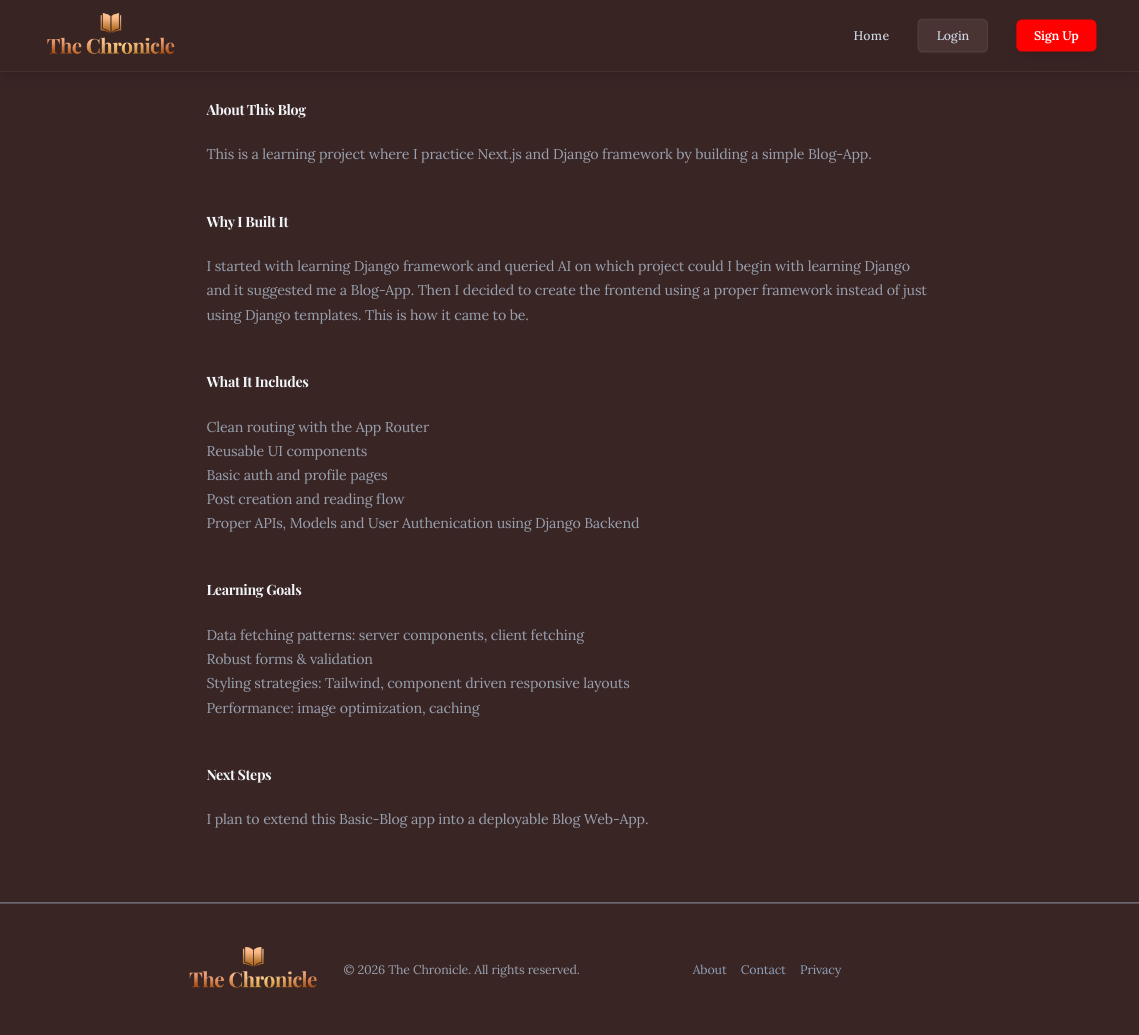
Repository: swaruplamsal/BasicBlogApp
Page: /about (app in blog-frontend/)
An editor plug-in stored every save of this project. The page is shown before and after the next save, followed by the edit.
The browser window is 1280 px wide. The pictures show the whole page, at 89% of full size.
The page's requests for data from a server got no answer. The project was rebuilt for these pictures with package versions that can differ from the ones it lists, and the page was loaded fresh each time. The framework's server and built-in components were replaced by stand-ins that run in the browser. No one was signed in, and anything a server would have sent is missing. Also part of the build but not shown: blog-frontend/next.config.mjs, blog-frontend/app/components/Avatar.js.

Above is the page before, as saved 2026-02-07 21:23:16.

After the next save:
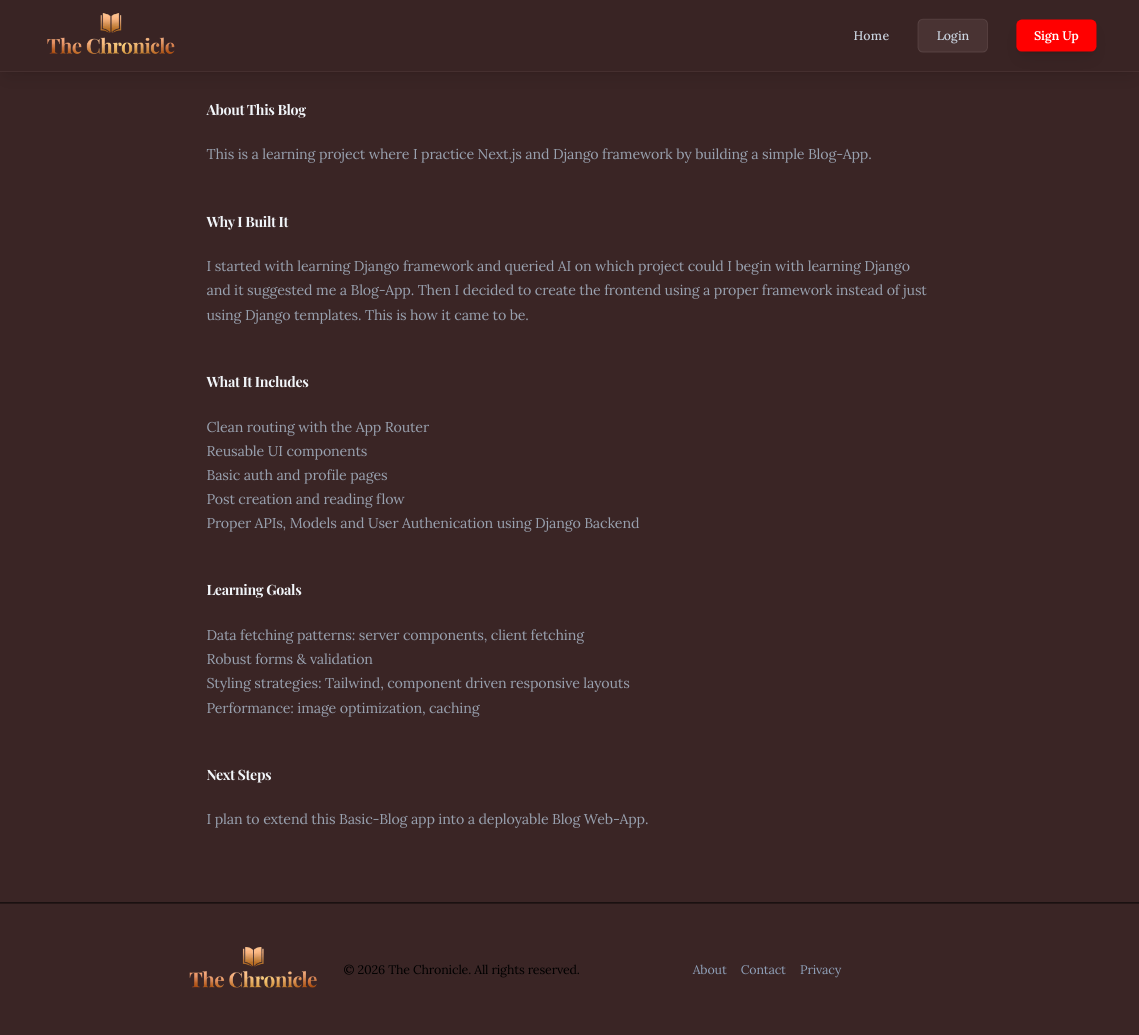
Saved 10 s later.
--- a/blog-frontend/app/components/Footer.js
+++ b/blog-frontend/app/components/Footer.js
@@ -4,7 +4,7 @@
 
 export default function Footer() {
   return (
-    <footer className="border-t mt-12 py-8 text- dark:bg-gray-900 dark:text-slate-400">
+    <footer className="border-t mt-12 py-8 text-black dark:bg-gray-900 dark:text-slate-400">
       <div className="max-w-4xl mx-auto px-4 flex flex-col md:flex-row items-center justify-between gap-4">
         <div className="flex items-center space-x-3">
           <Link href="/" className="flex items-center">

After the save that followed:
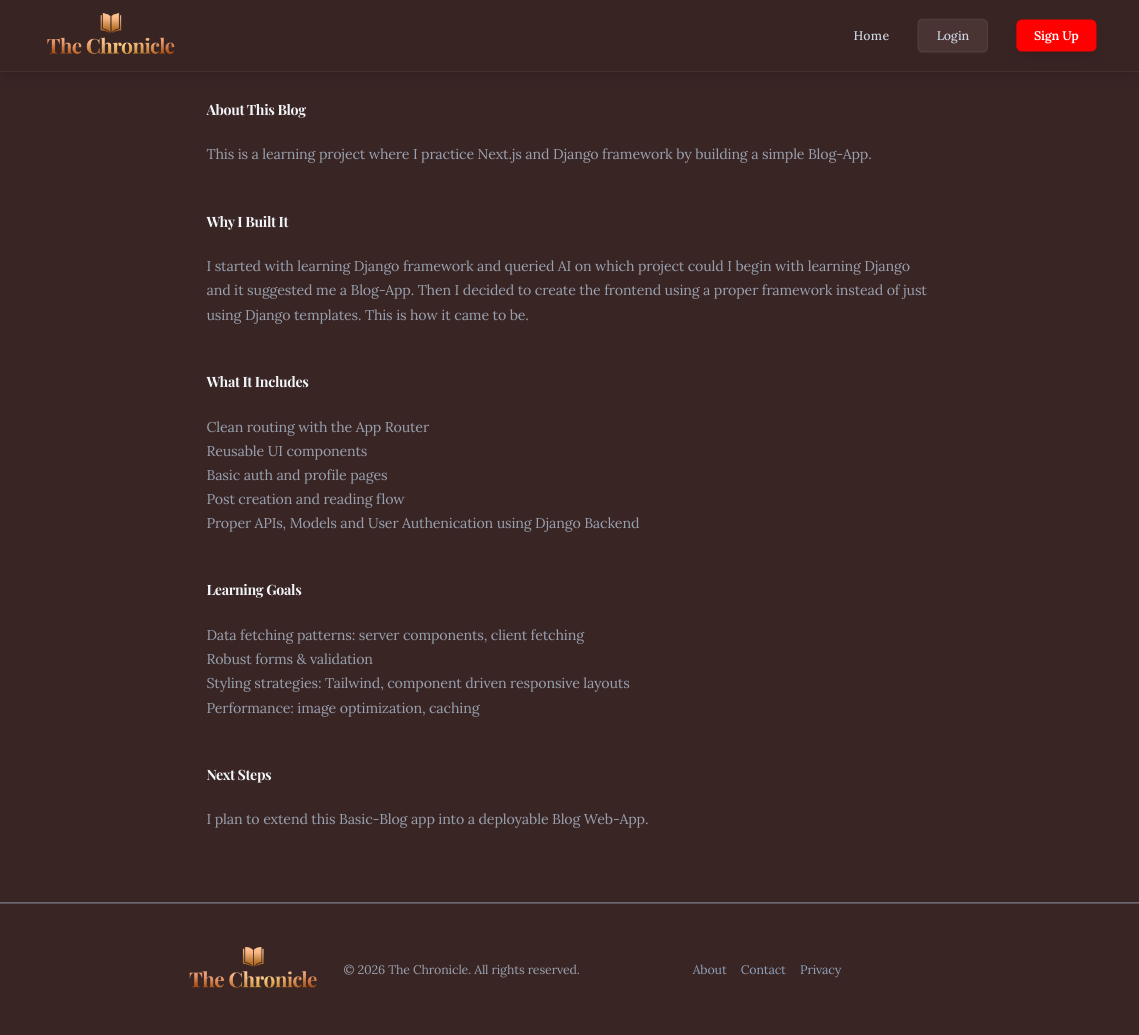
Saved 4 s later.
--- a/blog-frontend/app/components/Footer.js
+++ b/blog-frontend/app/components/Footer.js
@@ -4,7 +4,7 @@
 
 export default function Footer() {
   return (
-    <footer className="border-t mt-12 py-8 text-black dark:bg-gray-900 dark:text-slate-400">
+    <footer className="border-t mt-12 py-8 text- dark:bg-gray-900 dark:text-slate-400">
       <div className="max-w-4xl mx-auto px-4 flex flex-col md:flex-row items-center justify-between gap-4">
         <div className="flex items-center space-x-3">
           <Link href="/" className="flex items-center">
